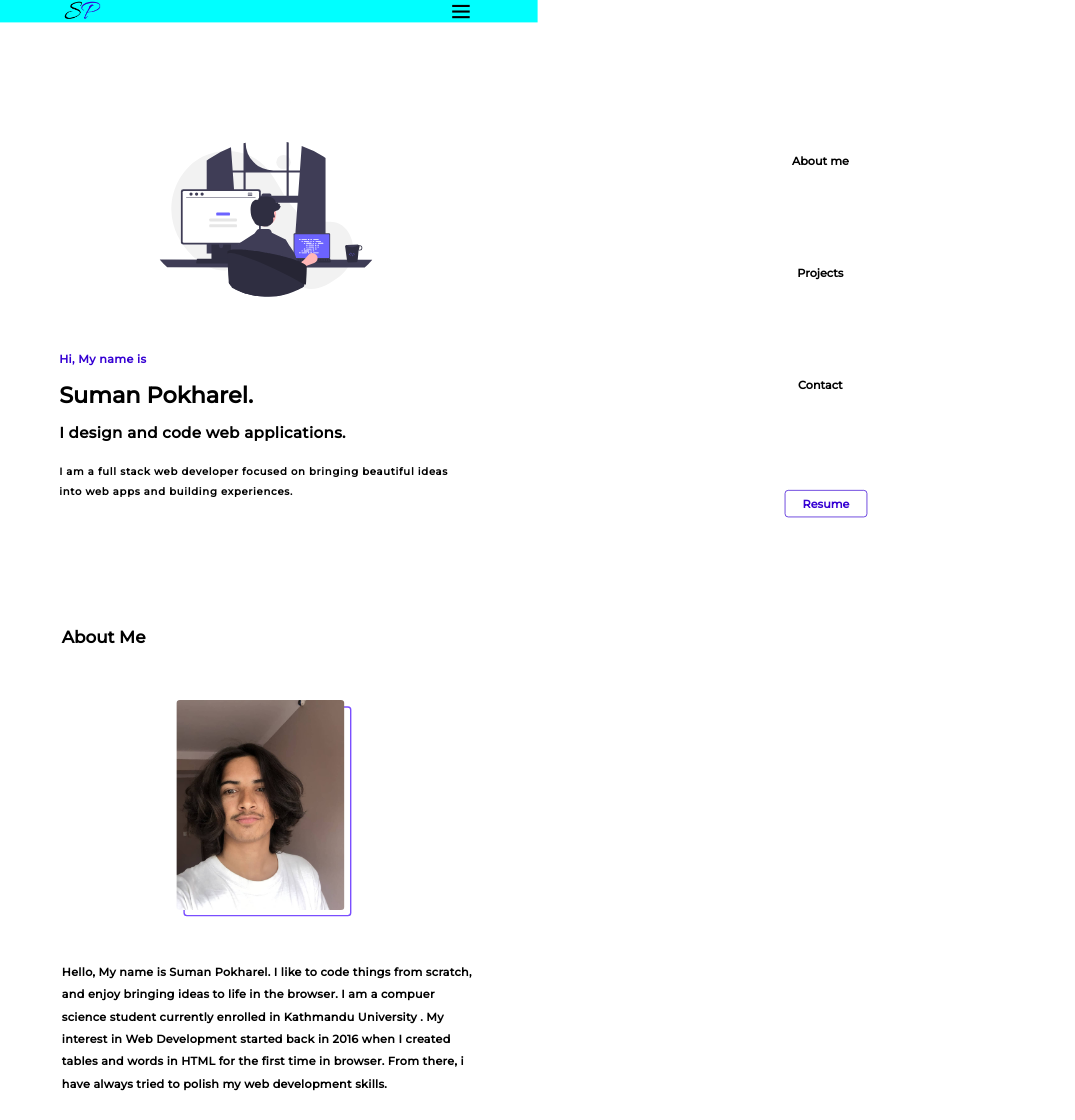
Repository: iamsumanp/portfolio
Page: /
An editor plug-in stored every save of this project. The page is shown before and after the next save, followed by the edit.
The browser window is 768 px wide. The page is 1536 px wide, so the pictures cover 1536 px, including what lies to the right of the window. The pictures show the part of the page from y = 0 to 1600 px (the page is 5905 px tall before and 5937 px after), at 70% of full size.
The project was rebuilt for these pictures with package versions that can differ from the ones it lists, and the page was loaded fresh each time.

Above is the page before, as saved 2022-07-11 16:01:10.

After the next save:
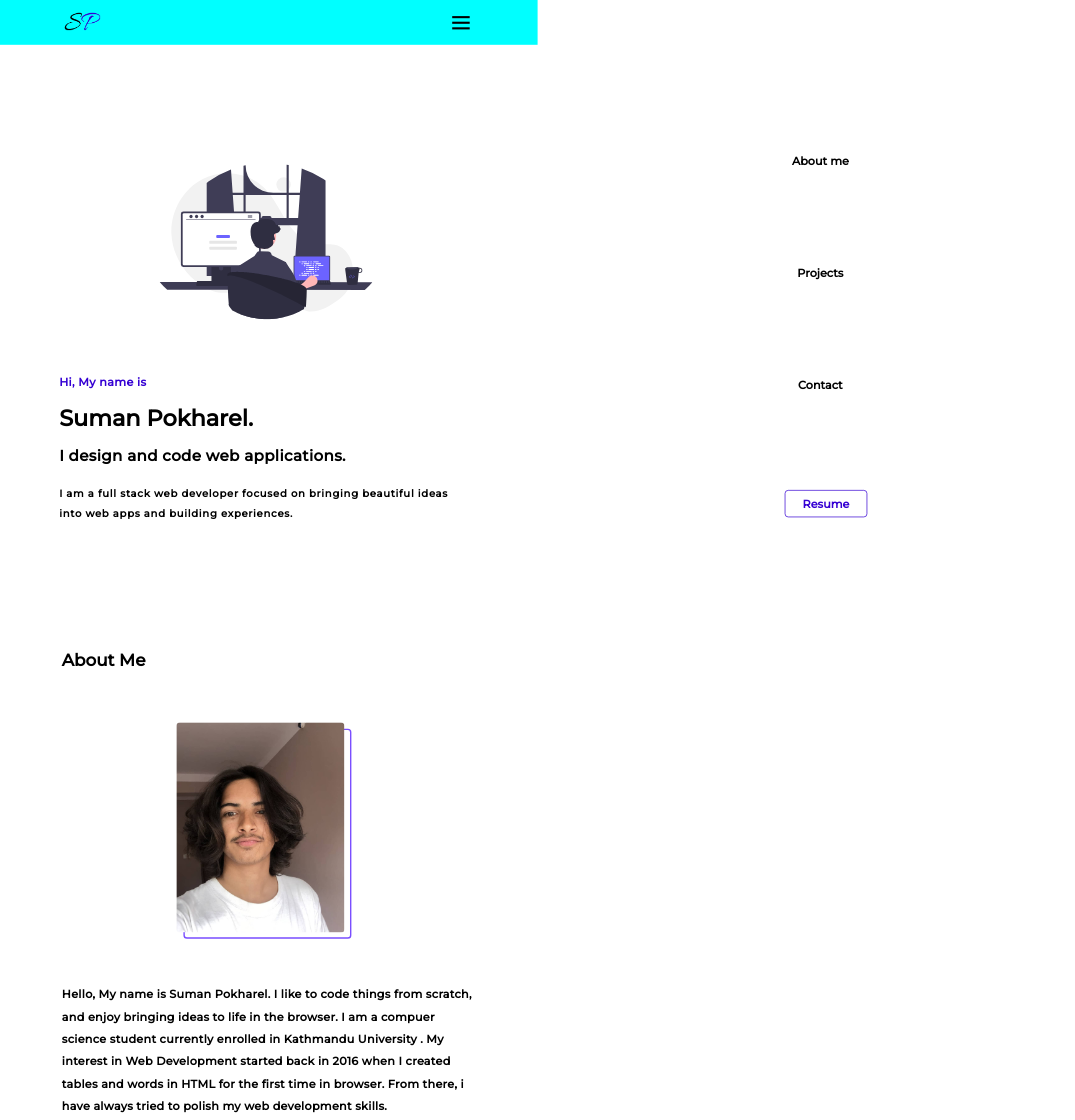
Saved 4 s later.
--- a/src/styles/styles.css
+++ b/src/styles/styles.css
@@ -25,7 +25,7 @@ body {
   flex-direction: row;
   justify-content: space-between;
   align-items: center;
-  min-height: 2rem;
+  min-height: 4rem;
   font-weight: bolder;
   padding: 0.2% 12.5%;
   background-color: aqua;
@@ -609,4 +609,4 @@ body {
   .spSpan {
     text-align: center;
   }
-}/*# sourceMappingURL=styles_20220711160110.css.map */
+}/*# sourceMappingURL=styles_20220711160114.css.map */
